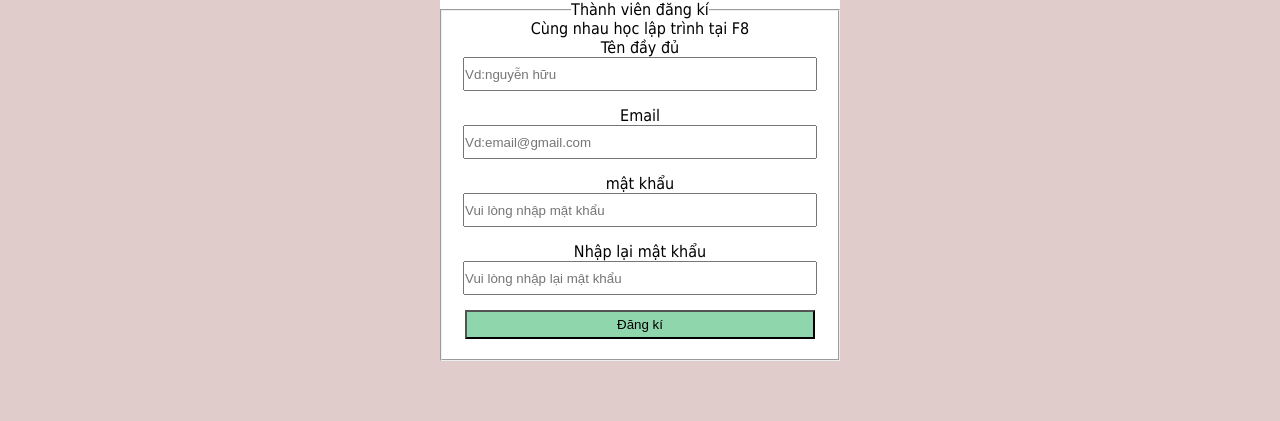
Repository: HuunvDev/Validator
Page: index.html
An editor plug-in stored every save of this project. The page is shown before and after the next save, followed by the edit.
The browser window is 1280 px wide. The pictures show the whole page.

Above is the page before, as saved 2022-08-20 08:56:41.

### index.html
<!DOCTYPE html>
<html lang="en">
<head>
    <meta charset="UTF-8">
    <meta http-equiv="X-UA-Compatible" content="IE=edge">
    <meta name="viewport" content="width=device-width, initial-scale=1.0">
    <title>Document</title>
    <link rel="stylesheet" href="style.css">
</head>
<body>
    <div class="main">
        <form action="" method="POST" class="form" id="form-1">
            <h3 class="heading"></h3>
        </form>
    </div>
    <form action="register" name ="form-name">
        <fieldset>
            <legend>Thành viên đăng kí</legend>
            <p>Cùng nhau học lập trình tại F8</p>
            <div class="form-group">
                <label for="fullName" class="form-lable">Tên đầy đủ</label><br>
                <input type="text" id="fullName" name="fullName" placeholder="Vd:nguyễn hữu"><br>
                <span class="form-message"></span>
            </div>
            <div class="form-group">
                <label for="email" class="form-lable">Email</label><br>
                <input type="text" id="email" name="email" placeholder="Vd:email@gmail.com"><br>
                <span class="form-message"></span>
            </div>
            <div class="form-group">
                <label for="password" class="form-lable">mật khẩu</label><br>
                <input type="text" id="password" name="password" placeholder="Vui lòng nhập mật khẩu"><br>
                <span class="form-message"></span>
            </div>
            <div class="form-group">
                <label for="password_confirmation" class="form-lable">Nhập lại mật khẩu</label><br>
                <input type="text" id="password_confirmation" name="password_confirmation" placeholder="Vui lòng nhập lại mật khẩu"><br>
                <span class="form-message"></span>
            </div>
           <button class="form-submit">Đăng kí</button>
        </fieldset>
    </form>

    <script src="main.js"></script>
</body>
</html>

### style.css
form{
    width: 400px;
    margin: auto;
    font-family: tahoma;
    text-align: center;
    background-color: #fff;
}
*{
    margin:0;
    padding:0;
    overflow: hidden;
}
body{
    background-color: rgb(225, 204, 204);
}
input{
    width: 350px;
    height: 30px;
    margin-bottom:15px;
}
button.form-submit {
    padding: 5px;
    width: 350px;
    background-color: #90d6ac;
    margin-bottom: 20px;
}
span{
    font-size: 13px;
    color:grey;
}

### main.js
var fullName = document.getElementById('fullName');
var message = document.getElementsByClassName("form-message");
console.log(message)
fullName.onblur = function(){
    if(!fullName.value){
        message.innerText ="Vui lòng nhập trường này";
    }
}

After the next save:
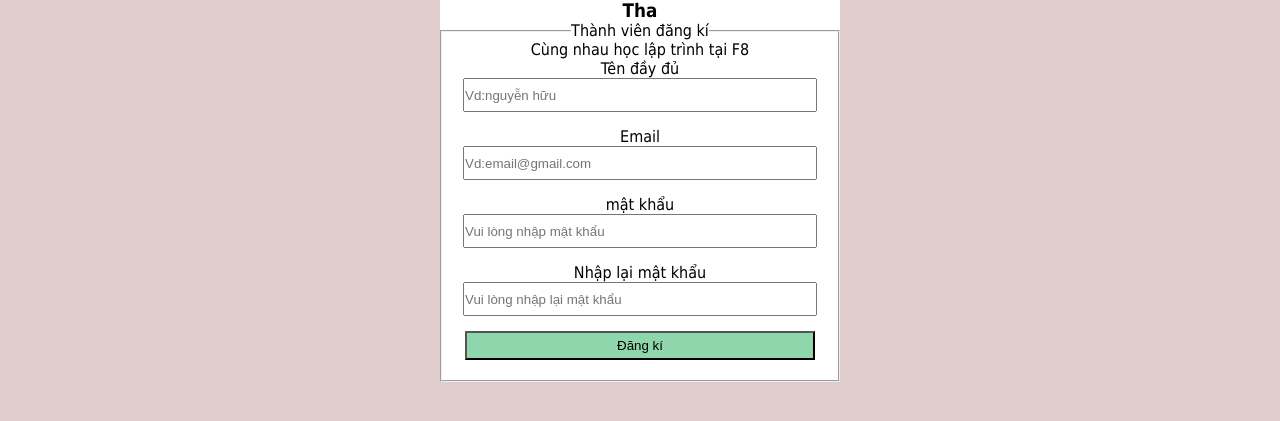
Saved 8 s later.
--- a/index.html
+++ b/index.html
@@ -10,7 +10,7 @@
 <body>
     <div class="main">
         <form action="" method="POST" class="form" id="form-1">
-            <h3 class="heading"></h3>
+            <h3 class="heading">Tha</h3>
         </form>
     </div>
     <form action="register" name ="form-name">
